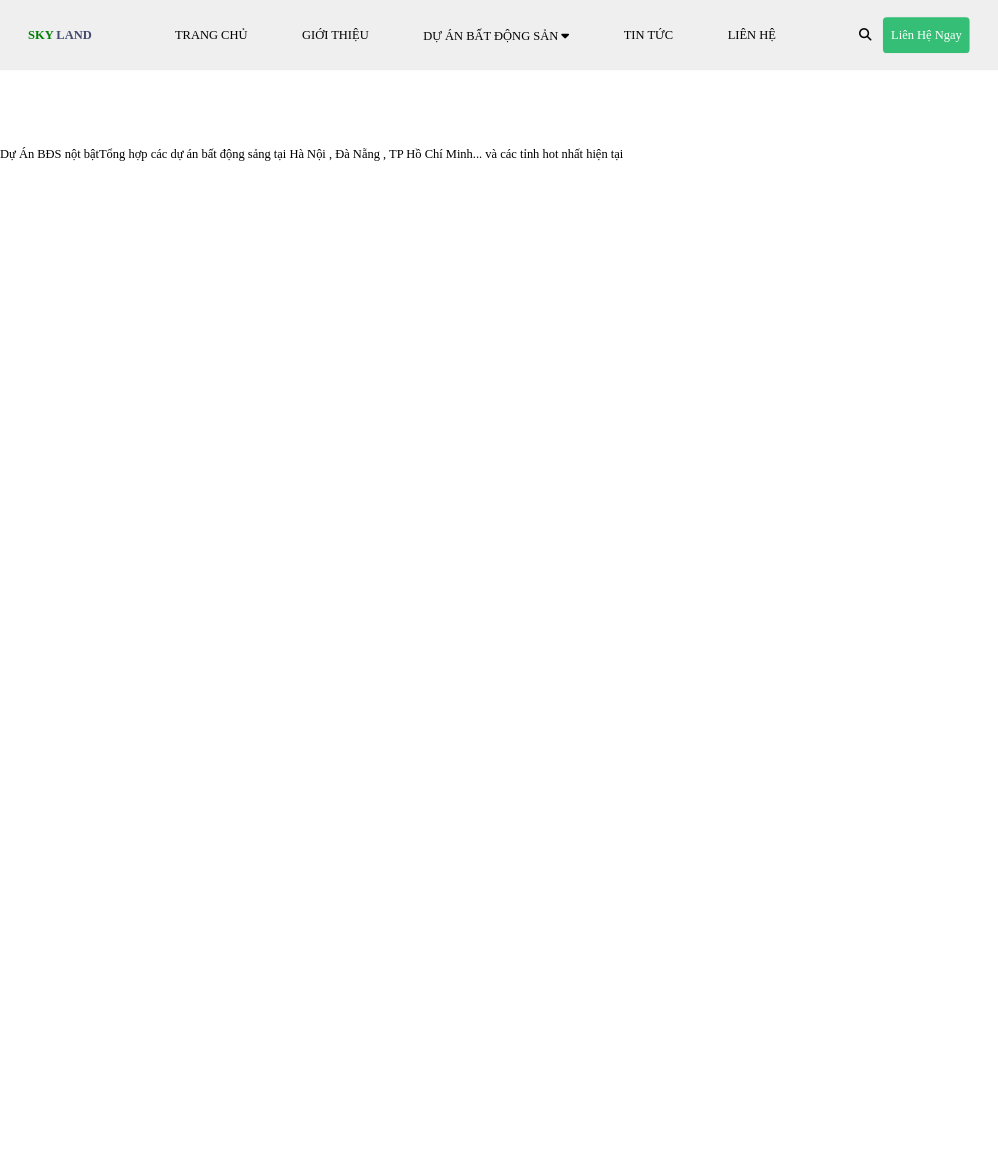
Repository: HuynhDuc23/Webvideodesgin
Page: htmlcssNangCao/index.html
These files come from the project's save history. The page is drawn as it stood at one moment and after the next save; the edit follows.
The browser window is 1280 px wide. The pictures show the whole page, at 78% of full size.
The style sheet was rebuilt from its Sass, Less or Tailwind sources for each picture, by a compiler version that may differ from the author's.

Above is the page before, as saved 2023-04-30 09:17:20.

### htmlcssNangCao/index.html
<html lang="en">
<head>
    <meta charset="UTF-8">
    <meta http-equiv="X-UA-Compatible" content="IE=edge">
    <meta name="viewport" content="width=device-width, initial-scale=1.0">
    <link rel="stylesheet" href="./reset.css">
    <link rel="stylesheet" href="https://cdnjs.cloudflare.com/ajax/libs/font-awesome/6.4.0/css/all.min.css" integrity="sha512-iecdLmaskl7CVkqkXNQ/ZH/XLlvWZOJyj7Yy7tcenmpD1ypASozpmT/E0iPtmFIB46ZmdtAc9eNBvH0H/ZpiBw==" crossorigin="anonymous" referrerpolicy="no-referrer" />
    <link rel="stylesheet" href="./style.css">

    <title>Document</title>
</head>
<body>
    <div class="skyland">
        <div class="skyland__top">
            <div class="skyland__header">
                <h1 class="skyland__left1">Sky <span>Land</span> </h1>
            </div>
            <div class="skyland__left">
                <ul class="list">
                    <li class="items">Trang Chủ</li>
                    <li class="items">Giới Thiệu</li>
                    <li class="items">Dự Án Bất Động Sản
                        <i class="fa-solid fa-caret-down caret-down"></i>
                    </li>
                    <li class="items">Tin Tức</li>
                    <li class="items">Liên Hệ</li>
                </ul>
            </div>
            <div class="iconbutton">
                <i class="fa-solid fa-magnifying-glass icon-search"></i>
                <span class="text">Liên Hệ Ngay</span>
            </div>
        </div>
        <div class="skyland__center__mid">
            <div class="skyland__center__top">
                <span class="skyland__center__top">Dự Án BĐS nột bật </span>
                <h3 class="paragrap">Tổng hợp các dự án bất động sảng tại Hà Nội , Đà Nẵng , TP Hồ Chí Minh... và các tỉnh hot nhất hiện tại</h3>
            </div>
        </div>
    </div>
</body>
</html>

### htmlcssNangCao/style.scss

html {
    margin: 0;
    padding: 0;
    box-sizing:border-box ;
}
.skyland {
    width: 100%;
    height: 1500px;
    background-color: white;
    &__top {

        width: 100%;
        height: 90px;
        background-color: #eeee;
        display: flex;
        align-items: center;
        justify-content: space-around;
    }
    &__left {
        .list {
          display: flex;
        }
        .items {
            padding: 0 35px;
            text-transform: uppercase;
            cursor: pointer;
        }
    }
    &__header{
        h1 {
            font-weight: bold;
            cursor: pointer;
             text-transform: uppercase;
             color: green;
        }
        span {
            color:#434a6f;
        }
    }
    .iconbutton {

        .text {
            color: white;
            display: inline-block;
            line-height: 1.6;
            padding-left: 10px;
            cursor: pointer;
            background-color: #35bf76;
         padding: 10px 10px;
         border: 1px solid #eeee;
         border-radius: 6px;
         line-height: 1.6;
         opacity: 1;
         font-weight: 500;
         &:hover {
            opacity: 0.8;
         }
        }
        .icon-search {
            color:black;
            padding-right: 10px;
            cursor: pointer;

        }
    }
 &__center__mid{
    margin-top:100px ;
 }
 &__center__top {
    display: flex;
 }

}

Loaded but not shown: htmlcssNangCao/reset.css (common file)

After the next save:
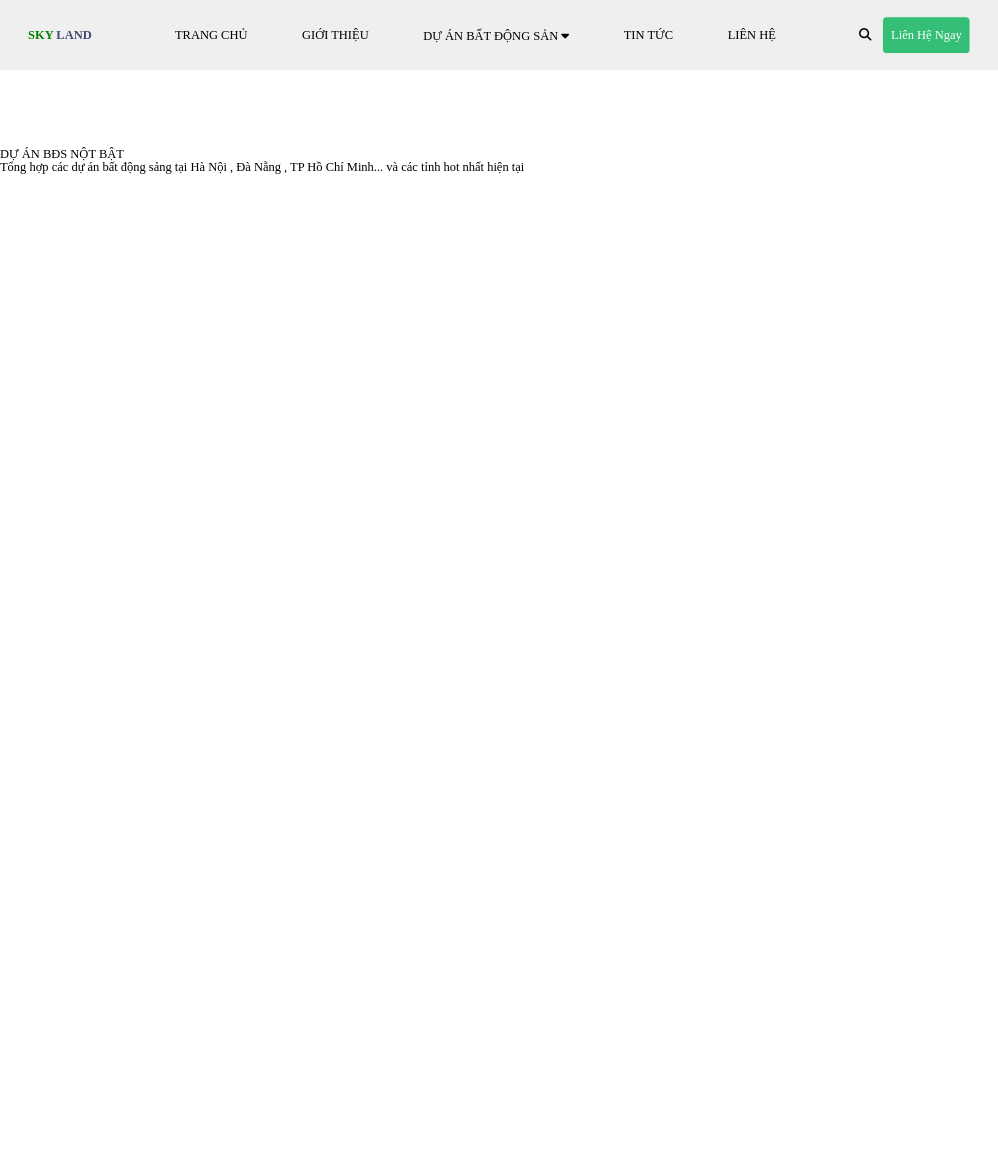
Saved 54 s later.
--- a/htmlcssNangCao/style.scss
+++ b/htmlcssNangCao/style.scss
@@ -68,7 +68,9 @@ html {
     margin-top:100px ;
  }
  &__center__top {
-    display: flex;
+    span {
+        text-transform: uppercase;
+    }
  }
 
 }
